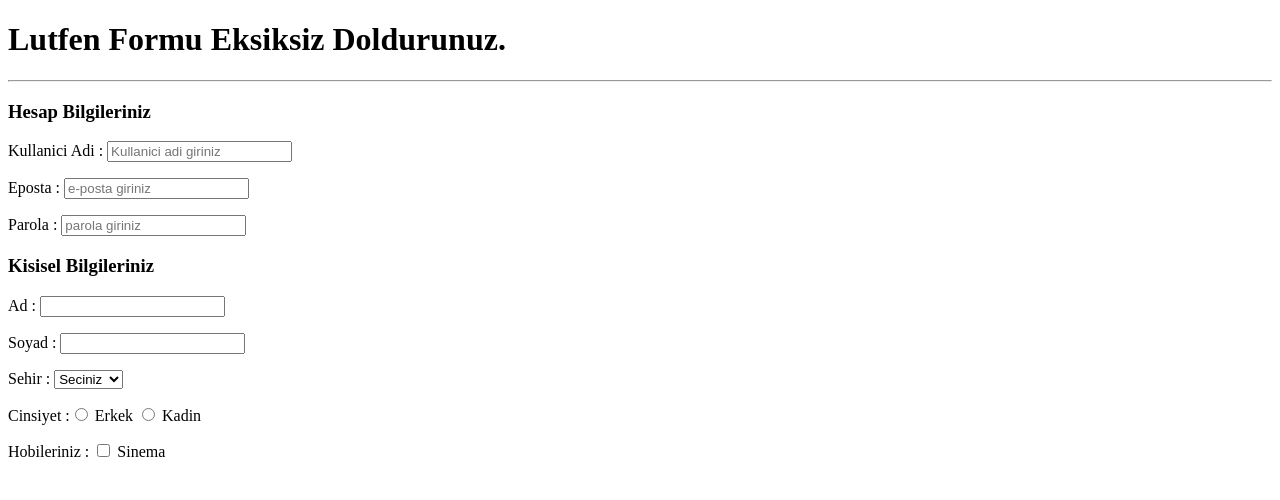
Repository: sammkrt/git101
Page: html-css-TrainingMyself/uygulama4.html
These files come from the project's save history. The page is drawn as it stood at one moment and after the next save; the edit follows.
The browser window is 1280 px wide. The pictures show the whole page.

Above is the page before, as saved 2022-12-22 12:52:19.

### html-css-TrainingMyself/uygulama4.html
<!DOCTYPE html>
<html lang="en">
<head>
    <meta charset="UTF-8">
    <meta http-equiv="X-UA-Compatible" content="IE=edge">
    <meta name="viewport" content="width=device-width, initial-scale=1.0">
    <title>Document</title>
</head>
<body>
    <h1>Lutfen Formu Eksiksiz Doldurunuz.</h1>
    <hr>
    <h3>Hesap Bilgileriniz</h3>
    <form >
        <p>
            Kullanici Adi : <input type="text" placeholder="Kullanici adi giriniz" required>
        </p>
        <p>
            Eposta : <input type="email" placeholder="e-posta giriniz" required>
        </p>
        <p>
            Parola : <input type="password" placeholder="parola giriniz" required>
        </p>
        <h3>Kisisel Bilgileriniz</h3>
        <p>
            Ad : <input type="text">
        </p>
        <p>
            Soyad : <input type="text">
        </p>
        <p>
            Sehir : <select name="Sehir">
                <option>Seciniz</option>
                <option>Ankara</option>
                <option>Istanbul</option>
                <option>Izmir</option>
                <option>Adana</option>
            </select>
        </p>
        <p>
            Cinsiyet :<input type="radio" name="Cinsiyet">  Erkek
            <input type="radio" name="Cinsiyet"> Kadin
        </p>
        <p>
            Hobileriniz : <input type="checkbox"> Sinema
        </p>





    </form>
</body>
</html>

After the next save:
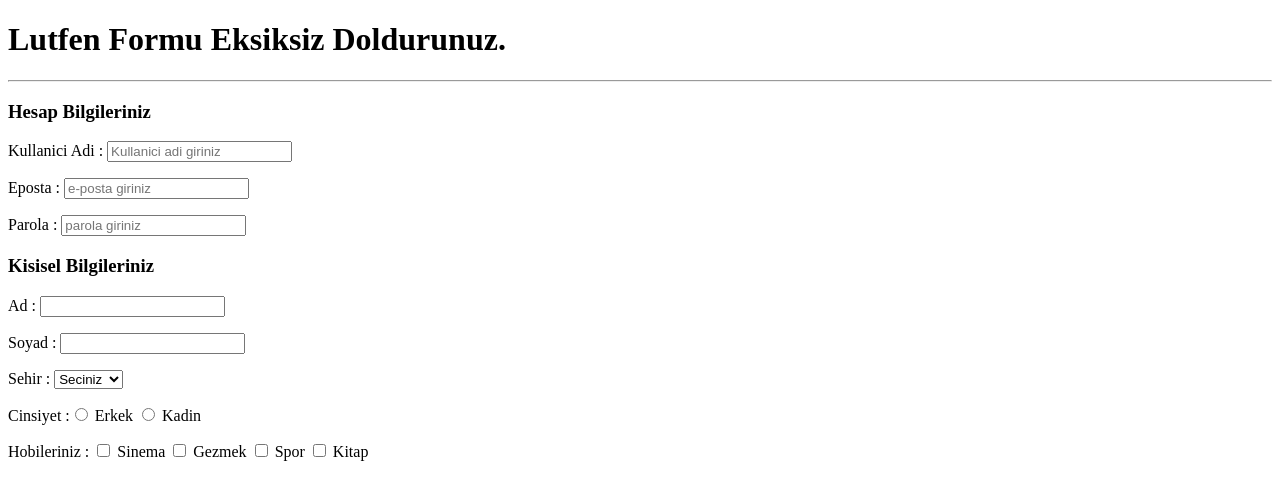
Saved 28 s later.
--- a/html-css-TrainingMyself/uygulama4.html
+++ b/html-css-TrainingMyself/uygulama4.html
@@ -42,6 +42,9 @@
         </p>
         <p>
             Hobileriniz : <input type="checkbox"> Sinema
+            <input type="checkbox"> Gezmek
+            <input type="checkbox"> Spor
+            <input type="checkbox"> Kitap
         </p>
 
 
